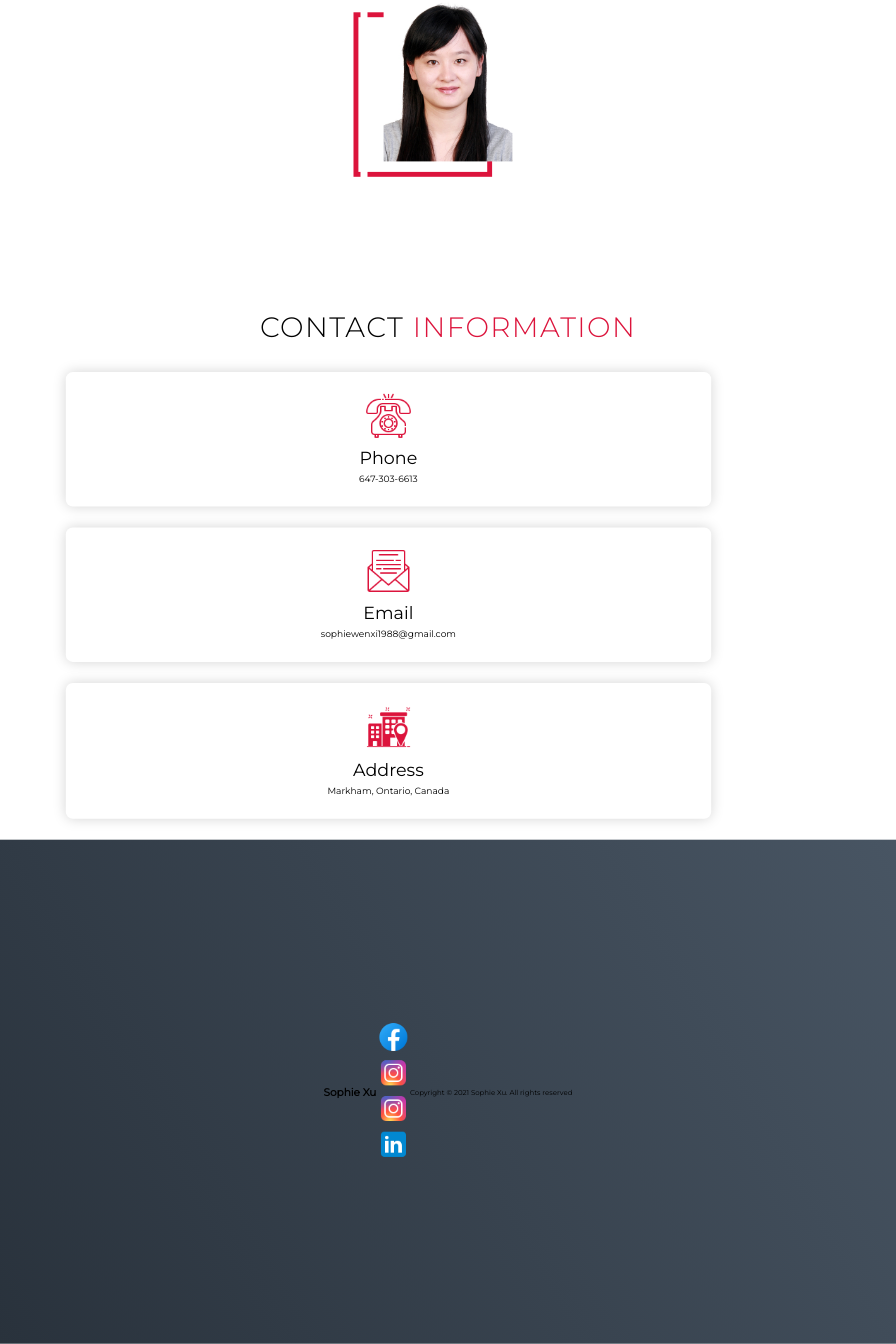
Repository: wenxi0504/StaticWebsite_Profolio
Page: index.html
These files come from the project's save history. The page is drawn as it stood at one moment and after the next save; the edit follows.
The browser window is 1280 px wide. The pictures show the part of the page from y = 2621 to 4541 px (the page is 4541 px tall before and 4117 px after), at 70% of full size.

Above is the page before, as saved 2022-03-05 00:09:19.

### index.html
<!DOCTYPE html>
<html lang="en">
  <head>
    <meta charset="UTF-8" />
    <meta http-equiv="X-UA-Compatible" content="IE=edge" />
    <meta name="viewport" content="width=device-width, initial-scale=1.0" />
    <link rel="stylesheet" href="style.css" />
    <title>Portfolio</title>
  </head>
  <body>
    <!-- Introduction Section -->
    <section id="myIntro">
      <div class="myIntro container">
        <div class="card">
          <h1>Hello, everyone <span></span></h1>
          <h1>My name is Sophie <span></span></h1>
          <a href="#" type="button" class="cta">Portfolio</a>
        </div>
      </div>
    </section>
    <!-- End Introduction Section -->
    <!-- Projects Section -->
    <section id="projects">
      <div class="projects container">
        <div class="projects-header">
          <h1 class="section-title">Academic <span>Projects</span></h1>
        </div>
        <div class="all-projects">
          <div class="project-item">
            <div class="project-info">
              <h1>MyEvent</h1>
              <h2>Full-Stack Website</h2>
              <p>* Created web application to find and promote social events in Ontario.</p>
               <p> * Using HTML, CSS, JavaScript, Bootstrap, Figma, NodeJS and MongoDB.</p>
                <p >* Link: <a class="project-link" href="http://me-myevent.herokuapp.com">http://me-myevent.herokuapp.com</a> </p>

            </div>
            <div class="project-img">
              <img src="./images/MyEventCover1.jpg" alt="MyEventImg">
            </div>
          </div>
          <div class="project-item">
            <div class="project-info">
              <h1>Polar Eclipse Survey </h1>
              <h2>Full-Stack Website</h2>
              <p>* Developed a website where users can create and implement custom surveys for front-end and back-end development. </p>
               <p>* Using HTML, CSS, TypeScript, NodeJS and MongoDB.</p>
               <p>* Link: <a class="project-link" href="http://polar-eclipes-survey-site.herokuapp.com">http://polar-eclipes-survey-site.herokuapp.com</a></p>

            </div>
            <div class="project-img">
              <img src="./images/EclipseSurvey.jpg" alt="SurveyImg">
            </div>
          </div>
          <div class="project-item">
            <div class="project-info">
              <h1>My Portfolio (React)</h1>
              <h2>Static Website</h2>
              <p>xxxxxxxxxxxxxx</p>
            </div>
            <div class="project-img">
              <img src="./images/MyPortfolioReact.jpg" alt="MyPortfolioReactImg">
            </div>
          </div>
        </div>
      </div>
    </section>
    <!-- End  Projects Section -->

    <!-- About Me Section -->
    <section id="about">
      <div class="about container">
        <div class="col-left">
          <div class="about-img">
            <img src="./images/3.identical photos_副本.jpg" alt="sophieImg">
          </div>
        </div>
        <div class="col-right">
          <h1 class="section-title">About <span>me</span></h1>
         <h2> <span></span> Web Developer | Front End Developer</h2>
        <p> Hi, everyone. My name is Sophie. Recently, I graduated with Software Engineering Technician Diploma Program at Centennial college. During my educational training at Centennial college, I completed several programming languages and web development application courses through which I gained extensive knowledge in C#, Java, Python, JavaScript, NodeJS and SQL. </p>
        <P>As to academic projects, I contributed to the development of two full-stack web applications. My role was to provide back-end support and was responsible for managing the database and conducting unit testing utilizing automation testing tools, which allowed our team to accomplish app functionality. Additionally, I successfully developed front-end web applications using technologies such as bootstrap and REACT, demonstrating proficiency in web interface design. </p>
         <p> Moreover, I have consistently met the challenges presented in this field with over four years of experience as an IT project coordinator. My attention to detail, organizational skills and strong communication abilities have allowed me to lead software development teams and ensure the success of each project assigned to me. While performing this role, I successfully managed over a dozen small-scale projects independently and collaborated in managing national-level projects valued at 20 million dollars. </p>
         <img  class="downloadImg" src="./images/icons8-arrow-48.png" alt="downloaded"><a href="#" class="cta" > Download Resume</a>
        </div>
      </div>
    </section>
    <!-- End About Me Section -->
    <!-- Contact Section -->
    <section id="contact">
      <div class="contact container">
        <div>
          <h1 class="section-title">Contact <span>Information</span></h1>
        </div>
        <div class="contact-items">
          <div class="contact-item">
            <div class="icon"><img src="./images/icons8-phone-64.png "/></div>
            <div class="contact-info">
              <h1>Phone</h1>
              <h2>647-303-6613 </h2>
          </div>
          </div>
          <div class="contact-item">
            <div class="icon">
              <img src="./images/icons8-email-64.png" alt="sEmail">
            </div>
          <div class="contact-info">
            <h1>Email</h1>
            <h2>sophiewenxi1988@gmail.com</h2>
          </div>
          </div>
          <div class="contact-item">
            <div class="icon"><img src="./images/icons8-address-66.png" /></div>
            <div class="contact-info">
              <h1>Address</h1>
              <h2>Markham, Ontario, Canada </h2>
          </div>
          </div>
        </div>
      </div>
    </section>
    <!-- End Contact Section -->
  <!-- Footer Section -->
  <section id="footer">
    <div class="footer container">
      <div class="brand">
        <h1><span>S</span>ophie <span>X</span>u</h1>
      </div>
      <div class="social-icon">
        <div class="social-item">
          <a href="#"><img src="./images/icons8-facebook-48.png" /></a>
        </div>
        <div class="social-item">
          <a href="#"><img src="./images/icons8-instagram-48.png" /></a>
        </div>
        <div class="social-item">
          <a href="#"><img src="./images/icons8-instagram-48.png" /></a>
        </div>
        <div class="social-item">
          <a href="#"><img src="./images/icons8-linkedin-48.png" /></a>
        </div>
      </div>
      <p>Copyright © 2021 Sophie Xu. All rights reserved</p>
    </div>
  </section>
  <!-- End Footer Section -->
  </body>
</html>

### style.css
/* import custom font from GoogleFonts */
@import "https://fonts.googleapis.com/css?family=Montserrat:300, 400, 700&display=swap";
* {
  margin: 0px;
  padding: 0px;
  box-sizing: border-box;
}

html {
  font-size: 10px;
  font-family: "Montserrat", sans-serif;
}

a {
  text-decoration: none;
}

.container {
  min-height: 100vh;
  width: 100%;
  display: flex;
  align-items: center;
  justify-content: center;
}

/* myIntro section */
#myIntro {
  background-image: url(./images/ProfolioBackground.jpg);
  background-size: cover;
  background-position: top center;
  position: relative;
  z-index: 0;

}

/* background blurring */
#myIntro ::after {
  content: '';
  position: absolute;
  left: 0px;
  top: 0px;
  height: 100%;
  width: 100%;
  background-color:black;
  opacity: 10%;
  z-index: -1;
}

/* setup the max-width window */
#myIntro .myIntro{
max-width: 1200px;
margin: 0 auto;
padding: 0 50px;
justify-content: center;
}



#myIntro h1 {
  display: block;
  width: fit-content;
  font-size: 4rem;
  color: white;
  /* animation: text_reveal 0.5s ease forwards;
  animation-delay: 1s; */


}

/* #myIntro h1:nth-child(1){

  animation-delay:1s;
}

#myIntro h1:nth-child(2){

  animation-delay:2s;
}

#myIntro h1 span{
position: absolute;
top:0;
left:0;
height: 100%;
width: 0;
background-color:crimson;
animation: text_reveal_box 1s ease;
animation-delay:0.5s

}

#myIntro h1:nth-child(1) span {
	animation-delay: 0.5s;
}
#myIntro h1:nth-child(2) span {
	animation-delay: 1.5s;
} */

.cta {
  display: inline-block;
  padding: 1rem 1rem;
  color: white;
  background-color: transparent;
  border: 2px solid crimson;
  border-radius: 10px;
  font-size: 2rem;
  text-transform: uppercase;
  letter-spacing: 0.1rem;
  margin-top: 30px;
  transition: 0.3s ease;
  transition-property: background-color;
}

.cta:hover {
  background-color: crimson;

}

/* end myIntro section */

/* keyframes */
/* @keyframes text_reveal_box {
	50% {
		width: 100%;
		left: 0;
	}
	100% {
		width: 0;
		left: 100%;
	}
}
@keyframes text_reveal {
	100% {
		color: white;
	}
} */

/* Project Section */
.section-title {
	font-size: 4rem;
	font-weight: 300;
	color: black;
	margin-bottom: 10px;
	text-transform: uppercase;
	letter-spacing: 0.2rem;
	text-align: center;
}
.section-title span {
	color: crimson;
}

#projects .projects{
  flex-direction: column;
  max-width: 1200px;
  margin: 0,auto;
  padding: 100px 0;

}

#projects .projects-header h1{
  margin-bottom: 50px;
}

#projects .all-projects{
  display:flex;
  flex-direction: column;
  justify-content: center;
  align-items:center;
}

#projects .project-item{
  display: flex;
  /* flex-direction: column; */
  justify-content: center;
  align-items:center;
  width:100%;
  height:302px;
  margin: 20px auto;
  overflow: hidden;
}

#projects .project-info{
  display: flex;
  flex-direction: column;
  justify-content: center;
  align-items:flex-start;
  padding: 20px;
  flex-basis: 50%;
  width: 400px;
  height: 300px;
  background-image:linear-gradient(60deg,#29323c, 0%, #485563 100%);
  color:white;

  border-top-left-radius: 10px;
  border-bottom-left-radius:10px;
}

#projects .project-info h1 {

	font-size: 3rem;
	font-weight: 800;
}
#projects .project-info h2 {
	font-size: 1.8rem;
	font-weight: 500;
	margin-top: 10px;
}
#projects .project-info p {
	color: white;
  font-size: 1.2rem;
  padding-top: 5px;
  margin-top: 5px;
  line-height: 25px;
}
#projects .project-info .project-link{
  color:white;
}

#projects .project-img {
	flex-basis: 50%;
  width:400px;
	height: 300px;
	overflow: hidden;
	position: relative;
  border-top-right-radius: 10px;
  border-bottom-right-radius:10px;
}

#projects .project-img img{
  width:100%;
  height: 100%;
  transition: 0.3s ease transform;
}

#projects .project-item:hover .project-img img {
	transform: scale(1.1);
}

/* #projects .project-img:after {
	content: '';
	position: absolute;
	left: 0;
	top: 0;
	height: 100%;
	width: 100%;
	background-image: linear-gradient(60deg, #29323c 0%, #485563 100%);
	opacity: 0.7;
}
#projects .project-img img {
	transition: 0.3s ease transform;
}
*/
/* About Section */
#about .about{
  flex-direction:column-reverse;
  text-align:center;
  max-width:1200px;
  margin: 0 auto;
  padding:100px 20px;
}

/* SophieImg */
 #about .col-left{
  width:250px;
  height:360px;
}

#about .col-right {
	width: 100%;
}

#about .col-right h2 {
	font-size: 1.8rem;
	font-weight: 500;
	letter-spacing: 0.2rem;
	margin-bottom: 10px;
}

#about .col-right p {
  font-size: 1.3rem;
  text-align: justify;
  text-indent:5em;
  line-height: 2rem;
	margin-bottom: 20px;
}

#about .col-right .cta{
  color:black;
  margin-bottom: 50px;
  padding: 10px 20px;
  font-size: 2rem;
}

#about .col-right .cta:hover{
  color:white;

}

#about .col-right .downloadImg{
  position: relative;
  top:15px;
  right: 10px
}

#about .col-left .about-img{
  height: 100%;
  width: 100%;
  position: relative;
  border:10px solid white;
}
#about .col-left .about-img img{
  height: 70%;
  width: 80%;
}

#about .col-left .about-img::after{
  content:'';
  position: absolute;
  left:-20px;
  top:25px;
  height: 65%;
  width:80%;
  border:7px solid crimson;
  z-index: -1;
}
/* End About Section */
/* Contact Section */
#contact .contact{
  flex-direction: column;
  max-width: 1200px;
  margin:0 auto;
  width:90%
}

#contact .contact-items{
  width:100%
}

#contact .contact-item{
  width:80%;
  padding: 20px;
  text-align: center;
  border-radius:10px;
  padding: 30px;
  margin:30px;
  display: flex;
  justify-content: center;
  align-items:center;
  flex-direction: column;
  box-shadow: 0px 0px 18px 0 #0000002c;
  transition: 0.3s ease box-shadow;
}
#contact .contact-item:hover{
  box-shadow: 0px 0px 5px 0 #0000002c;
}

#contact .icon {
	width: 70px;
	margin: 0 auto;
	margin-bottom: 10px;
}
#contact .contact-info h1 {
	font-size: 2.5rem;
	font-weight: 500;
	margin-bottom: 5px;
}
#contact .contact-info h2 {
	font-size: 1.3rem;
	line-height: 2rem;
	font-weight: 500;
}

/* End Contact Section */

/* Footer Section */
#footer{
  background-image:linear-gradient(60deg, #29323c 0%, #485563 100%);

}
/* End Footer Section */

After the next save:
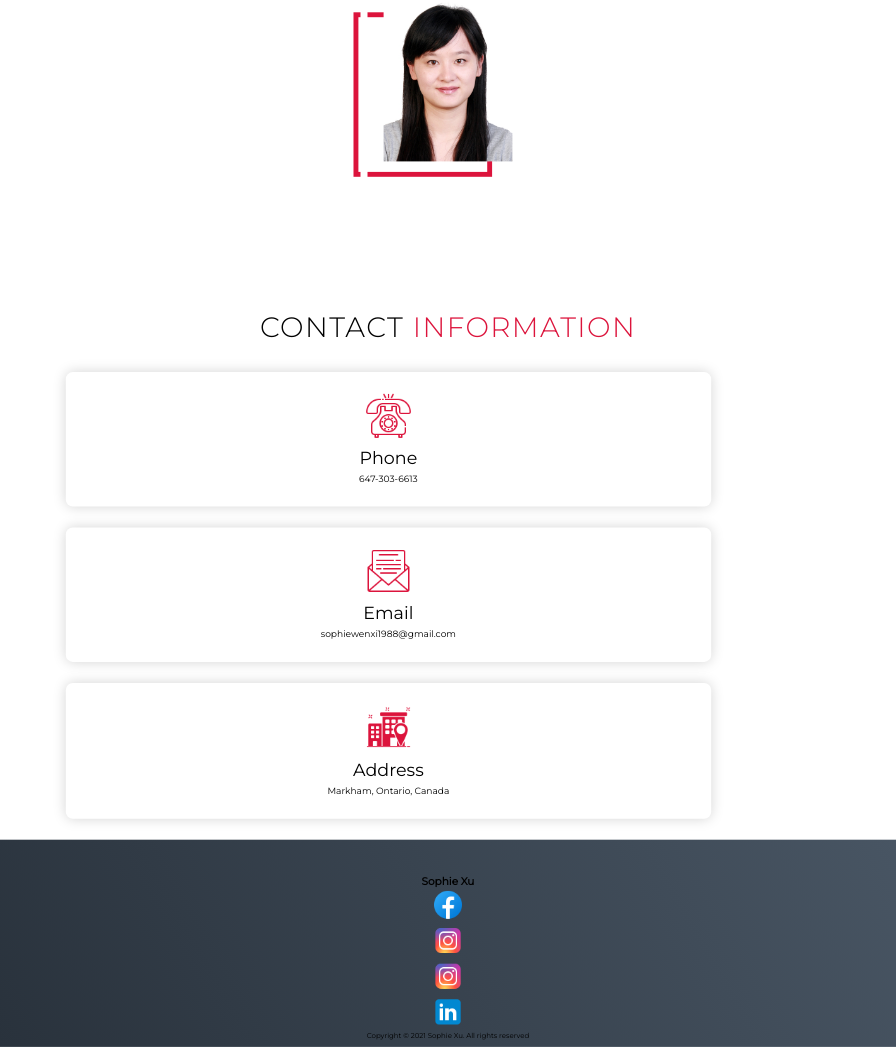
Saved 88 s later.
--- a/style.css
+++ b/style.css
@@ -375,6 +375,12 @@ animation-delay:0.5s
 /* Footer Section */
 #footer{
   background-image:linear-gradient(60deg, #29323c 0%, #485563 100%);
-
+}
+
+#footer .footer{
+  min-height: 200px;
+  flex-direction: column;
+  padding-top:50px;
+  padding-bottom: 10px;
 }
 /* End Footer Section */
